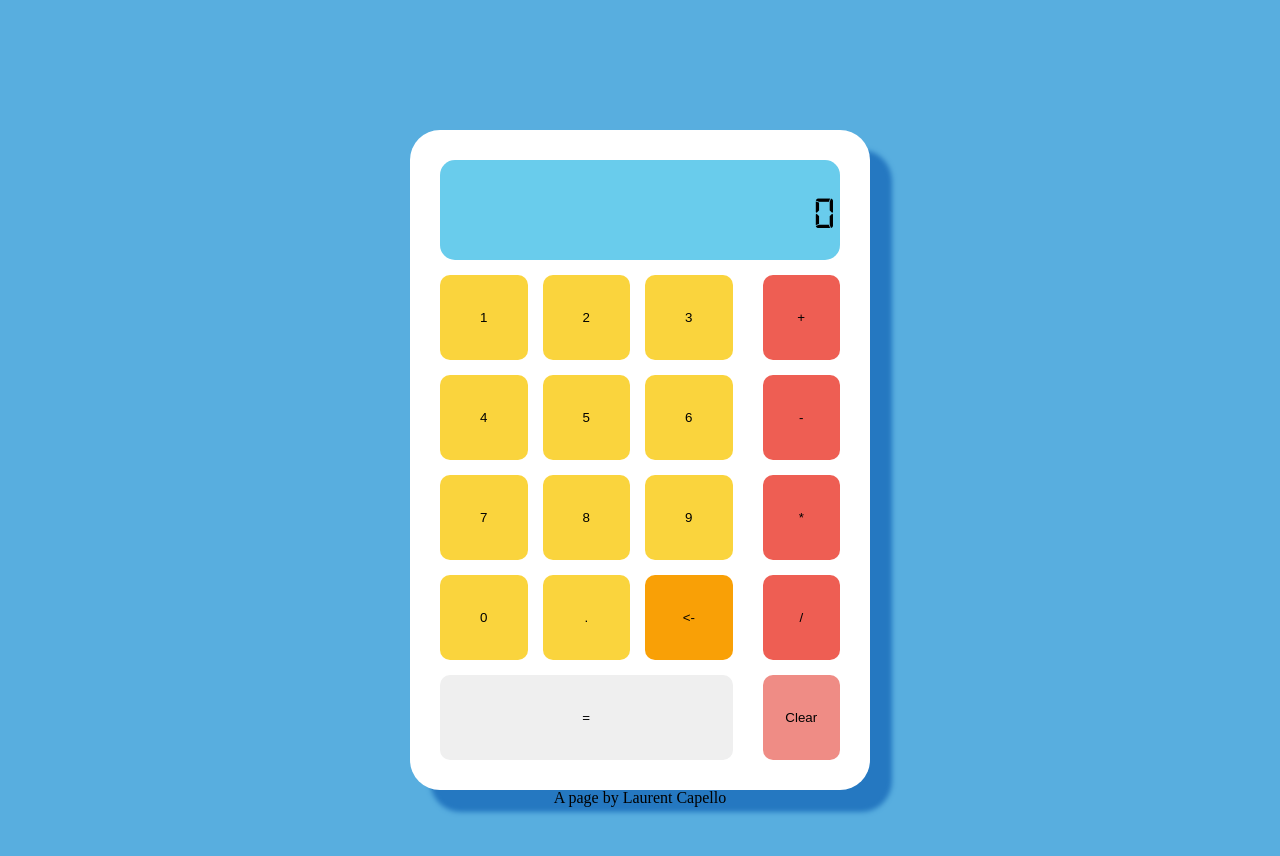
Repository: sokafootball/js-calculator
Page: index.html
The author's editor kept a copy of each file at every save. The page is drawn from the files as they stood at one save, then again after the next save.
The browser window is 1280 px wide. The pictures show the whole page.

Above is the page before, as saved 2020-05-06 20:34:51.

### index.html
<html>
<head>
  <title>Javascript Calculator - By Laurent Capello</title>
  <link rel="stylesheet" type="text/css" href="reset.css">
  <link rel="stylesheet" type="text/css" href="style.css">
  <!--<link rel="stylesheet" type="text/css" href="wireframe.css">-->
  <link href="https://fonts.googleapis.com/css2?family=Barlow:wght@300&display=swap" rel="stylesheet">
</head>
<body>
<main id="main">
  <div id="calculator">
    <p id="display">0</p>
    <div id="numpad">
      <button class="button num-button">1</button>
      <button class="button num-button">2</button>
      <button class="button num-button">3</button>
      <button class="button num-button">4</button>
      <button class="button num-button">5</button>
      <button class="button num-button">6</button>
      <button class="button num-button">7</button>
      <button class="button num-button">8</button>
      <button class="button num-button">9</button>
      <button class="button num-button">0</button>
      <button id="decimal-button" class="button">.</button>
      <button id="backspace" class="button"><-</button>
    </div>
    <button id="equal-button" class="button">=</button>
    <div id="operators">
      <button class="button operation-button">+</button>
      <button class="button operation-button">-</button>
      <button class="button operation-button">*</button>
      <button class="button operation-button">/</button>
    </div>
    <button id="clear-button" class="button">Clear</button>
  </div>
</main>
<footer id="footer">
  <p>A page by <span id="signature">Laurent Capello</span></p>
</footer>
<div id="hidden-element" class="display-full" style="display: none"></div>
<script type="text/javascript" src="script.js"></script>
</body>
</html>

### style.css
@font-face {
  font-family: "calcFont";
  src: url("./fonts/digital-7/digital-7.ttf");
  }

:root {
  --row-gap: 15px;
}

body{
  align-items: center;
  background-color: hsl(202, 68%, 61%);
  display: flex;
  flex-direction: column;
  justify-content: space-between;
}

.display-full{
  animation-name: display-full;
  animation-duration: 0.3s;
}

#backspace{
  background-color: hsl(38, 95%, 50%);
}

#calculator{
  background-color: white;
  border-radius: 30px;
  box-shadow: 21px 21px 5px 1px hsl(208, 68%, 45%);
  display: grid;
  gap: var(--row-gap) 30px;
  grid-template-areas:
    "display display display display"
    "numpad numpad numpad operators"
    "numpad numpad numpad operators"
    "numpad numpad numpad operators"
    "numpad numpad numpad operators"
    "equal equal equal backspace";
  grid-template-columns: repeat(4, 1fr);
  grid-template-rows: 100px repeat(5, 1fr); /*first row is fixed to stop the border animation from taking space from other rows*/
  height: 600px;
  margin-top: 130px;
  padding: 30px;
  width: 400px;
}

#calculator button{
  border-radius: 10px;
  border-width: 0px;
  outline: none;
}

#calc-top{
  margin-bottom: 40px;
}

#clear-button{
  background-color: hsl(4, 77%, 73%);

}

#display{
  background-color: hsl(195, 78%, 67%);
  border-radius: 15px;
  border-width: 0px;
  font-family: 'calcFont', sans-serif;
  font-size: 45px;
  grid-area: display;
  line-height: 95px;
  padding-right: 5px;
  text-align: right;
  vertical-align: middle;
}

#equal-button{
  background-color;
  grid-area: equal;
}

#footer{
  margin-bottom: 50px;
}

#numpad{
  display: grid;
  gap: var(--row-gap);
  grid-area: numpad;
  grid-template-columns: repeat(3, 1fr);
  grid-template-rows: repeat(4, 1fr);
}

.num-button, #decimal-button{
  background-color: hsl(48, 95%, 61%);
}
/*
#operators{
  display: flex;
  flex-direction: column;
  justify-content: space-evenly;
  grid-area: operators;
}
*/

#operators{
  display: grid;
  gap: var(--row-gap);
  grid-template-rows: repeat(4, 1fr);
  grid-area: operators;
}

#operators button{
  background-color: hsl(4, 82%, 63%);
  flex-grow: 1;
}

@keyframes display-full{
  0% {border: 1px solid black;}
  50% {
    border: 2px solid red;
    box-shadow: 0px 0px 6px 1px red;
    line-height: 93px;
    padding-right: 4px;
  }
  100% {border: 1px solid black;}
}

### script.js
/*
CODE BY LAURENT CAPELLO
*/

//#region STARTUP
const MAX_DISPLAY_LENGTH = 14
const MAX_DECIMALS = 3
const EXPONENTIAL_NOTATION_DIGITS = MAX_DISPLAY_LENGTH - 4 //4 digits are reserved for the exponential notation and the dot
let display = document.querySelector(`#display`)
let overwriteIsOn = true
let operation = null, operand1 = null, operand2 = null

addFunctionsToBtns()

function addFunctionsToBtns(){
	let numButtons = document.querySelectorAll(`.num-button`)
	numButtons = Array.from(numButtons)
	numButtons.forEach(button => {
		button.addEventListener(`click`, () => pressNumBtn(button.innerText))
	});

	let opButtons = document.querySelectorAll(`.operation-button`)
	opButtons = Array.from(opButtons)
	opButtons.forEach(button => {
		button.addEventListener(`click`, () => pressOperationBtn(button.innerText))
	});

	let equalButton = document.querySelector(`#equal-button`)
	equalButton.addEventListener(`click`, pressEqualBtn)

	let clearButton = document.querySelector(`#clear-button`)
	clearButton.addEventListener(`click`, pressClearBtn)

	let bckSpaceBtn = document.querySelector(`#backspace`)
	bckSpaceBtn.addEventListener(`click`, pressBackspaceBtn)

	let decimalBtn = document.querySelector(`#decimal-button`)
	decimalBtn.addEventListener(`click`, pressDecimalBtn)

	document.onkeydown = (e) => filterKeyPress(e)
}

function filterKeyPress(e){
	console.log(`key pressed`)
	if (e.which <= 105 && e.which >= 96){
		pressNumBtn(Number(e.key))
	} else if (e.which == 106 || e.which == 107 || e.which == 109 || e.which == 111) {
		pressOperationBtn(e.key)
	} else if (e.which == 13){
		pressEqualBtn()
	} else if (e.which == 110){
		pressDecimalBtn()
	} else if (e.which == 8){
		pressBackspaceBtn()
	}
}
//#endregion

//#region SUPPORT FUNCTIONS
function clear(){
	display.innerText = `0`
	operation = null
	operand1 = null
	operand2 = null
	overwriteIsOn = true
}

function displayNumber(num){
	if(num == 0 && display.innerText == `0`) return
  if(overwriteIsOn){
		if(num == `.`){
			display.innerText += num
		}else{
			display.innerText = num
		}
		overwriteIsOn = false
	}else{
		if(display.innerText.length >= MAX_DISPLAY_LENGTH){
			animateDisplay()
			return
		}
		display.innerText += num
	}
}

function displayResult(){
	operand1 = operate(operation, operand1, operand2)
	operand2 = null
	display.innerText = operand1
}

function saveNumber(){
	if(operation == null)
		operand1 =  Number(display.innerText)
	else operand2 =  Number(display.innerText)
}

function saveOperation(operationSign){
	operation = operationSign
	overwriteIsOn = true
}

function truncateDecimals(num){
	if((num % 1).toString().length > MAX_DECIMALS) return Number(num).toFixed(MAX_DECIMALS)
	return num
}

function truncateIntegers(num){
	if(num.toString().length <= MAX_DISPLAY_LENGTH) return num
	return num.toExponential(EXPONENTIAL_NOTATION_DIGITS)
}
//#endregion

//#region BUTTONS FUNCTIONS
function pressBackspaceBtn(){
	//if display length is 1
	if(display.innerText.length == 1){
		display.innerText = `0`
	}else{
		let displayArray = Array.from(display.innerText)
		displayArray.pop()
		display.innerText = displayArray.join(``)
	}
	saveNumber()
}

function pressDecimalBtn(){
	//add dot to the right of the number on display
	if (display.innerText.includes(`.`)) return
	displayNumber(`.`)
	saveNumber()
}

function pressClearBtn(){
	clear()
}

function pressEqualBtn(){
	if(operand1 != null && operand2 != null){
		displayResult()
		operation = null
		overwriteIsOn = true
		operand2 = null
	}else{
		operation = null
		overwriteIsOn = true
		operand2 = null
		display.innerText = operand1 == null ? `0` : operand1
	}
}

function pressNumBtn(num){
	displayNumber(Number(num))
	saveNumber()
}

function pressOperationBtn(operationSign){
	if (operation == null){
		saveOperation(operationSign)
	}else{
		if(operand1 != null && operand2 != null){
			displayResult()
		}
		saveOperation(operationSign)
	}
}
//#endregion

//#region MATH FUNCTIONS
function operate(operation, a, b){
	let result = null
	switch (operation){
		case `+`:
			operation = add
			break
		case `-`:
			operation = subtract
			break;
		case `*`:
			operation = multiply
			break
		case `/`:
			operation = divide
			break;
		default:
			console.log(`invalid operation`)
			return
	}
	result = Number(operation(a,b))
	result = truncateDecimals(result)
	result = truncateIntegers(result)
  return Number(result)
}

function add (...nums) {
	return nums.reduce((total, num) => {
		return total + num
	}, 0)
}

function subtract (...nums) {
	return nums.reduce((total, num) => {
		return total - num
	})
}

function sum (arr) {
	return add(...arr)
}

function divide (...nums){
	if (nums[1] == 0){
		console.log(`you can't divide by 0!`)
		clear()
		return 0
	}
	return nums.reduce((total, num) => total / num
	)
}

function multiply (...nums) {
	return nums.reduce((total, num) => {
		return total * num
	})
}
//#endregion

//#region DISPLAY ANIMATION FUNCTIONS
function convertDuration(durationString){
	let duration = Number(durationString.replace(`s`, ``))
	return duration * 1000
}

function animateDisplay(){
	let animDurationString = getComputedStyle(document.querySelector(`.display-full`)).animationDuration
	const ANIM_DURATION = convertDuration(animDurationString)
	display.classList.remove(`display-full`)
	display.classList.add(`display-full`)
	setTimeout(() => display.classList.remove(`display-full`), ANIM_DURATION);
}
//#endregion

Loaded but not shown: reset.css (common file)

After the next save:
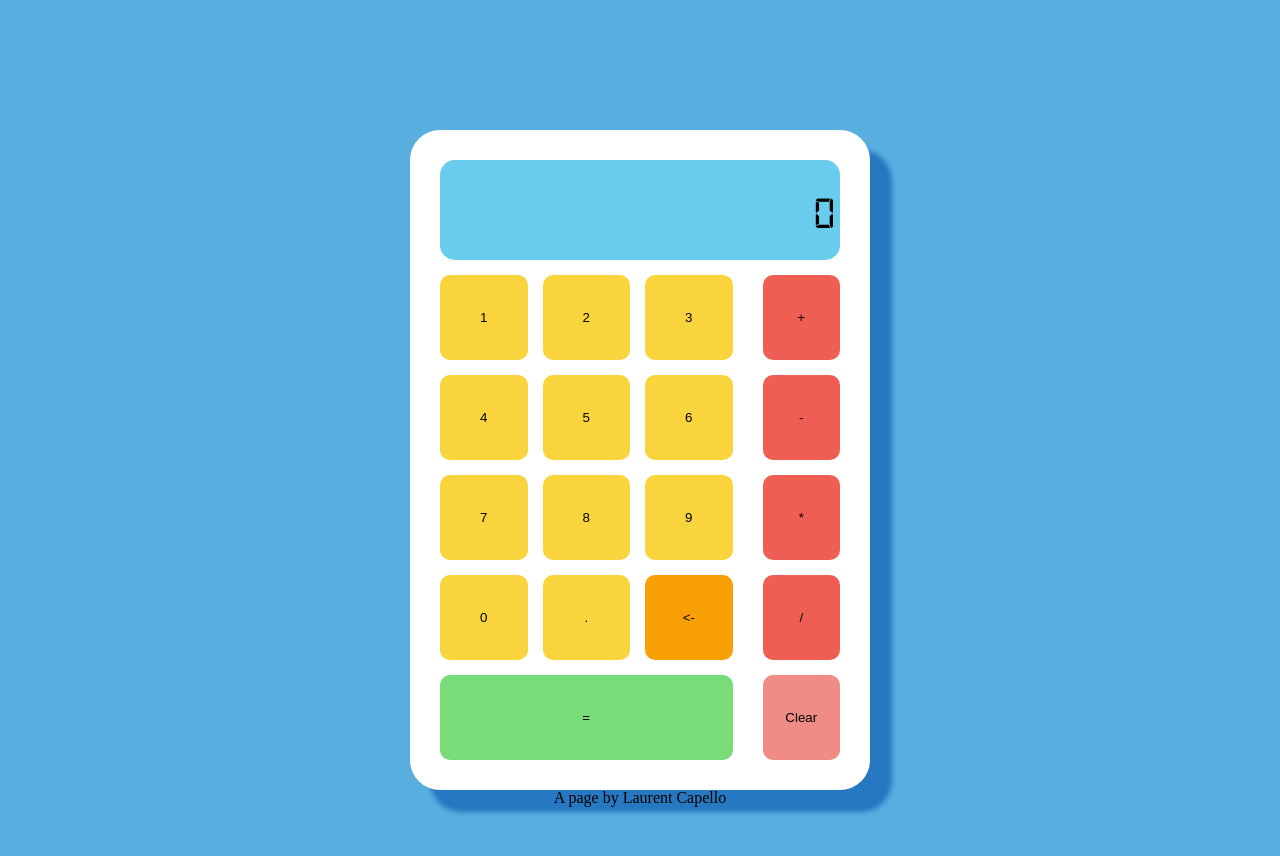
Saved 22 s later.
--- a/style.css
+++ b/style.css
@@ -74,7 +74,7 @@ body{
 }
 
 #equal-button{
-  background-color;
+  background-color: hsl(120, 60%, 67%);
   grid-area: equal;
 }
 
